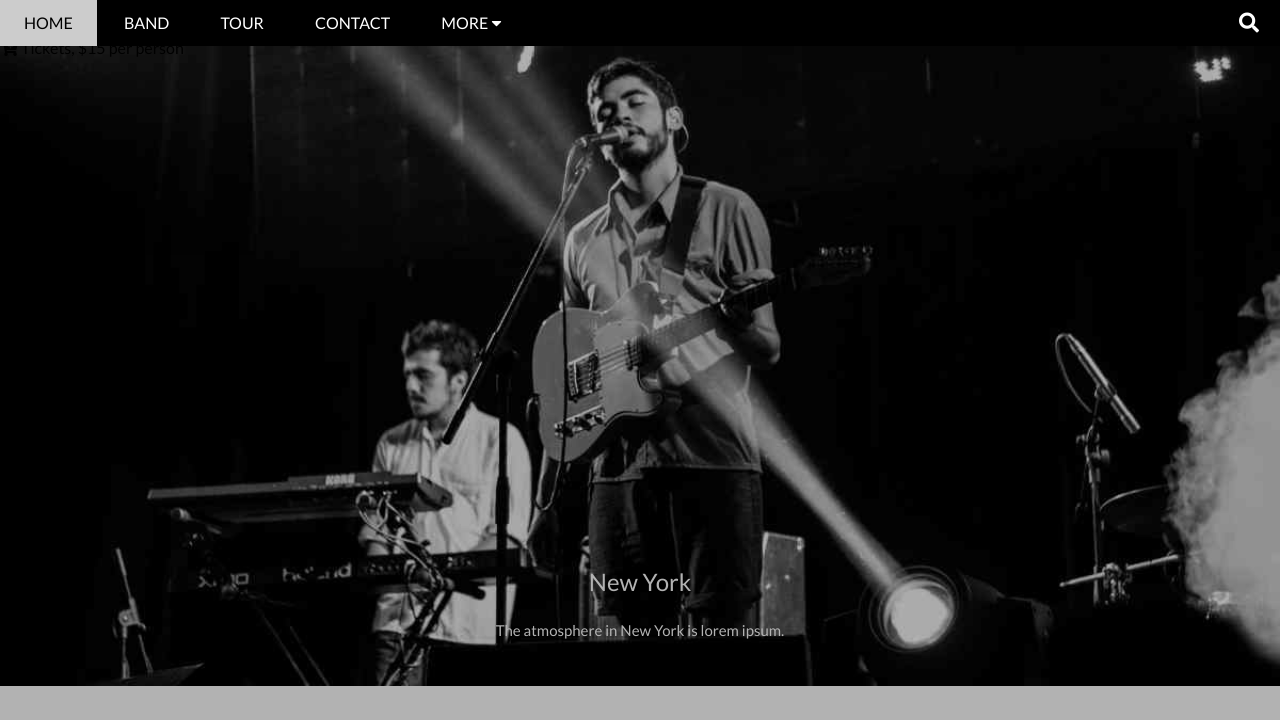
Repository: phunobi1807/theband
Page: index.html
These files come from the project's save history. The page is drawn as it stood at one moment and after the next save; the edit follows.
The browser window is 1280 px wide. The pictures show the window.
A layer covers the whole window, so only the first screen is drawn.

Above is the page before, as saved 2021-07-16 19:39:02.

### index.html
<!DOCTYPE html>
<html lang="en">

<head>
    <meta charset="UTF-8">
    <meta http-equiv="X-UA-Compatible" content="IE=edge">
    <meta name="viewport" content="width=device-width, initial-scale=1.0">
    <title>Document</title>
    <link rel="icon" href="favicon.ico" type="/assets/img/bandmember.jpg" />
    <link rel="stylesheet" href="./assets/css/style.css">
    <link rel="stylesheet" href="https://use.fontawesome.com/releases/v5.15.3/css/all.css"
        integrity="sha384-SZXxX4whJ79/gErwcOYf+zWLeJdY/qpuqC4cAa9rOGUstPomtqpuNWT9wdPEn2fk" crossorigin="anonymous">
</head>

<body>
    <div id="main">
        <div id="header">
            <!-- Begin: Nav  -->
            <ul id="nav">
                <li><a href="">Home</a></li>
                <li><a href="">Band</a></li>
                <li><a href="">Tour</a></li>
                <li><a href="">Contact</a></li>
                <li>
                    <a href="">
                        More
                        <i class="fa fa-caret-down"></i>

                    </a>
                    <ul class="subnav">
                        <li><a href="">Merchandise</a></li>
                        <li><a href="">Extras</a></li>
                        <li><a href="">Media</a></li>
                    </ul>
                </li>
            </ul>
            <!-- END: Nav  -->


            <!-- Begin: Search  -->
            <div class="search-btn">
                <i class="search-icon fas fa-search"></i>
            </div>
            <!-- END: Search  -->
        </div>

        <div id="slider">
            <div class="text-content">
                <h2 class="text-heading">
                    New York
                </h2>
                <div class="text-description">
                    The atmosphere in New York is lorem ipsum.
                </div>
            </div>
        </div>

        <div id="content">

            <!-- About Section  -->
            <div class="content-section">
                <h2 class="section-heading">
                    THE BAND
                </h2>
                <p class="section-sub-heading">
                    We love music
                </p>
                <p class="about-text">
                    We have created a fictional band website. Lorem ipsum dolor sit amet, consectetur adipiscing elit,
                    sed do eiusmod tempor incididunt ut labore et dolore magna aliqua. Ut enim ad minim veniam, quis
                    nostrud exercitation ullamco laboris nisi ut aliquip
                    ex ea commodo consequat. Duis aute irure dolor in reprehenderit in voluptate velit esse cillum
                    dolore eu fugiat nulla pariatur. Excepteur sint occaecat cupidatat non proident, sunt in culpa qui
                    officia deserunt mollit anim id est laborum consectetur
                    adipiscing elit, sed do eiusmod tempor incididunt ut labore et dolore magna aliqua. Ut enim ad minim
                    veniam, quis nostrud exercitation ullamco laboris nisi ut aliquip ex ea commodo consequat.
                </p>
                <div class="members-list">
                    <div class="member-item">
                        <p class="member-name">
                            Name
                        </p>
                        <img src="./assets/img/bandmember.jpg" alt="Name" class="member-img">
                    </div>
                    <div class="member-item">
                        <p class="member-name">
                            Name
                        </p>
                        <img src="./assets/img/bandmember.jpg" alt="Name" class="member-img">
                    </div>
                    <div class="member-item">
                        <p class="member-name">
                            Name
                        </p>
                        <img src="./assets/img/bandmember.jpg" alt="Name" class="member-img">
                    </div>
                </div>
                <div class="clear"></div>
            </div>

            <!-- Tour Section  -->
            <div class="tour-section">
                <div class="content-section">
                    <h2 class="section-heading text-white">
                        TOUR DATES
                    </h2>
                    <p class="section-sub-heading text-white">
                        Remember to book your tickets!
                    </p>
                    <ul class="tickets-list">
                        <li>September <span class="sold-out">Sold out</span></li>
                        <li>October <span class="sold-out">Sold out</span></li>
                        <li>November <span class="quantity">3</span></li>
                    </ul>
                    <!-- Places  -->
                    <div class="places-list">
                        <div class="place-item">
                            <img src="./assets/img/place1.jpg" alt="New York" class="place-img">
                            <div class="place-body">
                                <h3 class="place-heading">
                                    New York
                                </h3>
                                <p class="place-time">
                                    Fri 27 Nov 2016
                                </p>
                                <p class="place-description">
                                    Praesent tincidunt sed tellus ut rutrum sed vitae justo.
                                </p>
                                <a href="#" class="place-buy-btn" onclick="myFunction()">Buy Tickets</a>
                            </div>
                        </div>
                        <div class="place-item">
                            <img src="./assets/img/place2.jpg" alt="New York" class="place-img">
                            <div class="place-body">
                                <h3 class="place-heading">
                                   Paris
                                </h3>
                                <p class="place-time">
                                    Fri 28 Nov 2016
                                </p>
                                <p class="place-description">
                                    Praesent tincidunt sed tellus ut rutrum sed vitae justo.
                                </p>
                                <a href="#" class="place-buy-btn" onclick="myFunction()">Buy Tickets</a>
                            </div>
                        </div>
                        <div class="place-item">
                            <img src="./assets/img/place3.jpg" alt="New York" class="place-img">
                            <div class="place-body">
                                <h3 class="place-heading">
                                    San Francisco
                                </h3>
                                <p class="place-time">
                                    Fri 29 Nov 2016
                                </p>
                                <p class="place-description">
                                    Praesent tincidunt sed tellus ut rutrum sed vitae justo.
                                </p>
                                <a href="#" class="place-buy-btn" onclick="myFunction()">Buy Tickets</a>
                            </div>
                        </div>
                        <div class="clear"></div>
                    </div>
                </div>
            </div>

            <!-- Contact Section  -->
            <div class="content-section">
                <h2 class="section-heading">
                    CONTACT
                </h2>
                <p class="section-sub-heading">
                    Fan? Drop a note!
                </p>
            </div>
        </div>


        <div id="footer">

        </div>
    </div>
    <div class="modal">
            <div class="modal-container">
                <div class="modal-close">
                    <i class="fas fa-times"></i>
                </div>
                <header class="modal-header">
                    <i class="fas fa-cart-plus"></i>
                    Tickets
                </header>
                <div class="modal-body">
                    <label for="" class="modal-label">
                        <i class="fas fa-cart-plus"></i>
                        Tickets, $15 per person
                    </label>
                </div>
            </div>
    </div>

</body>

</html>

### assets/css/style.css
/* Reset CSS  */
@import url(https://fonts.googleapis.com/css2?family=Lato:wght@100;200;300;400;500;600;800;900&display=swap);
*
{
    padding: 0;
    margin: 0;
    box-sizing: border-box;
}

html
{
    scroll-behavior: smooth;
    font-family: 'Lato', sans-serif;
}
/*
1.Từ ngoài vào trong
2.Từ trên xuống dưới
3.Tổng quan đến chi tiết
 */


/* 1.Vị trí
    2.Kích thướt
    3.Màu sắc
    4.Kiểu dáng
 */
 .clear
 {
     clear: both;
 }
.text-white
{
    color: #fff !important;
}




 #header
 {
    height: 46px;
    background-color: #000;
    position: fixed;
    top: 0;
    left: 0;
    right: 0;
    z-index: 1;
 }

 #nav
 {
     display: inline-block;
 }
 #nav, .subnav
 {
     list-style-type: none;
 }

 #nav > li
 {
    display: inline-block;
 }

 #nav li
 {

     position: relative;

 }
 #nav >  li:hover > a,
 #nav .subnav li:hover a
 {
     color: #000;
     background-color: #ccc;
 }

 #nav > li > a
 {
    color: #fff;
    text-transform: uppercase;
 }
 #nav li a
 {
    line-height: 46px;
    padding: 0px 24px;
    text-decoration: none;
    display: block;
 }
 #nav li:hover .subnav
 {
     display: block;
 }
 #nav .subnav
 {
     display: none;
     min-width: 160px;
     position: absolute;
     top: 100%;
     background-color: #fff;
     box-shadow: 0 0 10px rgba(0, 0, 0, 0.3);
 }
 #nav .subnav a
 {
     color: #000;
     padding: 0px 12px;
     line-height: 38px;
 }


 #header .search-btn
{
    float: right;
    padding: 0px 21px;
}
#header .search-btn:hover
{
    background-color: #f44336;
    cursor: pointer;
}

#header .search-icon
{
    color: #fff;
    font-size: 20px;
    line-height: 46px;


}
 #slider
 {
   position: relative;
   margin-top: 46px;
   padding-top: 50%;
   background: url('/assets/img/chicago.jpg') center / cover no-repeat ;
 }

#slider .text-content
{
    position: absolute;
    bottom: 47px;
    color: #fff;
    text-align: center;
    width: 100%;
}

#slider .text-heading
{
    font-weight: 500;
    font-size: 24px;
}

#slider .text-description
{
    font-size: 15px;
    margin-top: 25px;
}


 #content
 {

 }

 #content .content-section
 {
     width: 800px;
     padding: 64px 0px;
     margin: auto;
 }

 #content .section-heading
 {
     font-size: 30px;
     text-align: center;
     font-weight: 500;
     letter-spacing: 4px;
 }
 #content .section-sub-heading
 {
     font-size: 15px;
     text-align: center;
     margin: 25px 0px;
     font-style: italic;
     opacity: 0.6;

 }

 #content .about-text
 {
     font-size: 15px;
     text-align: justify;
     line-height: 1.4;
 }
 #content .members-list
 {
     margin-top: 48px;
 }

 #content .member-item
 {
     float: left;
     width: 33.3333333%;
     text-align: center;
 }

 #content .member-name
 {
     font-size: 15px;

 }
 #content .member-img
{
    margin-top: 15px;
    width: 154px;
    border-radius: 4px;
}

/* Tour section  */
.tour-section
{
    background-color: #000;
}
.tickets-list
{
    background-color: #fff;
    margin-top: 40px;
}

.tickets-list li
{
    color: #757575;
    font-size: 15px;
    padding: 11px 16px;
    list-style-type: none;
    border-bottom: 1px solid #ddd;
}
.tickets-list .sold-out
{
background-color: #f44336;
color: #fff;
padding: 3px 4px;
margin-left: 16px;
}
.tickets-list .quantity
{
    float: right;
    width: 24px;
    height: 24px;
    background-color: #000;
    color: #fff;
    border-radius: 50%;
    text-align: center;
    line-height: 24px;
    margin-top: -2px;
}

/* Places  */
.places-list
{
    margin: 32px -8px 0px;
    padding-bottom: 48px;
}
.place-item
{
    float: left;
    width: 33.333333%;
    padding: 0px 8px;
}
.place-img
{
    width: 100%;
    display: block;
}
.place-img:hover
{
    opacity: 0.6;
}
.place-body
{
    padding: 16px;
    font-size: 15px;
    background-color: #fff;
}
.place-heading
{
   font-size: 15px;
   font-weight: 600;
}
.place-time
{
    margin-top: 15px;
    color: #757575;
}
.place-description
{
    margin-top: 15px;
    line-height: 1.4;
}
.place-buy-btn
{
    color: #fff;
    background-color: #000;
    text-decoration: none;
    padding: 11px 16px;
    display: inline-block;
    margin-top: 15px;
}
.place-buy-btn:hover
{
    color: #000;
    background-color: #ccc;
}
 #footer
 {

 }

 .modal
 {
     position: fixed;
     top: 0;
     right: 0;
     bottom: 0;
     left: 0;
     background-color: rgba(0,0,0,0.3);
 }

After the next save:
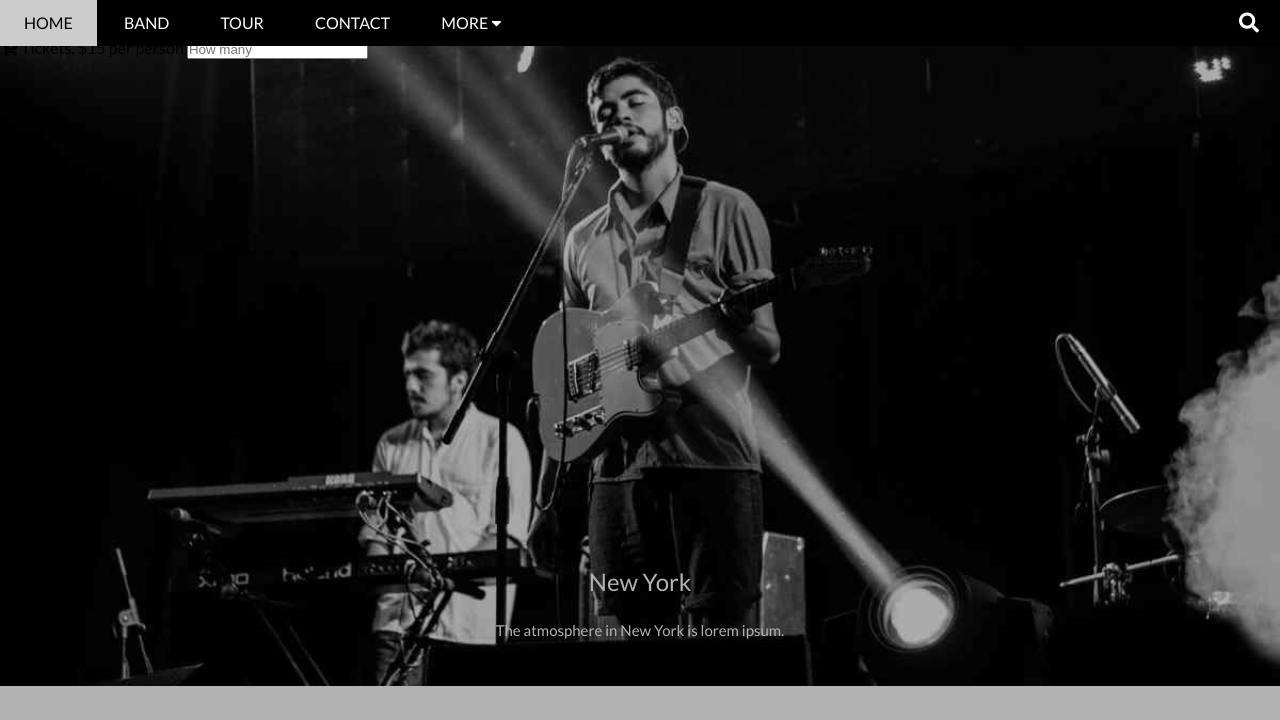
Saved 23 s later.
--- a/index.html
+++ b/index.html
@@ -194,6 +194,7 @@
                         <i class="fas fa-cart-plus"></i>
                         Tickets, $15 per person
                     </label>
+                    <input type="text" class="modal-input" placeholder="How many">
                 </div>
             </div>
     </div>
